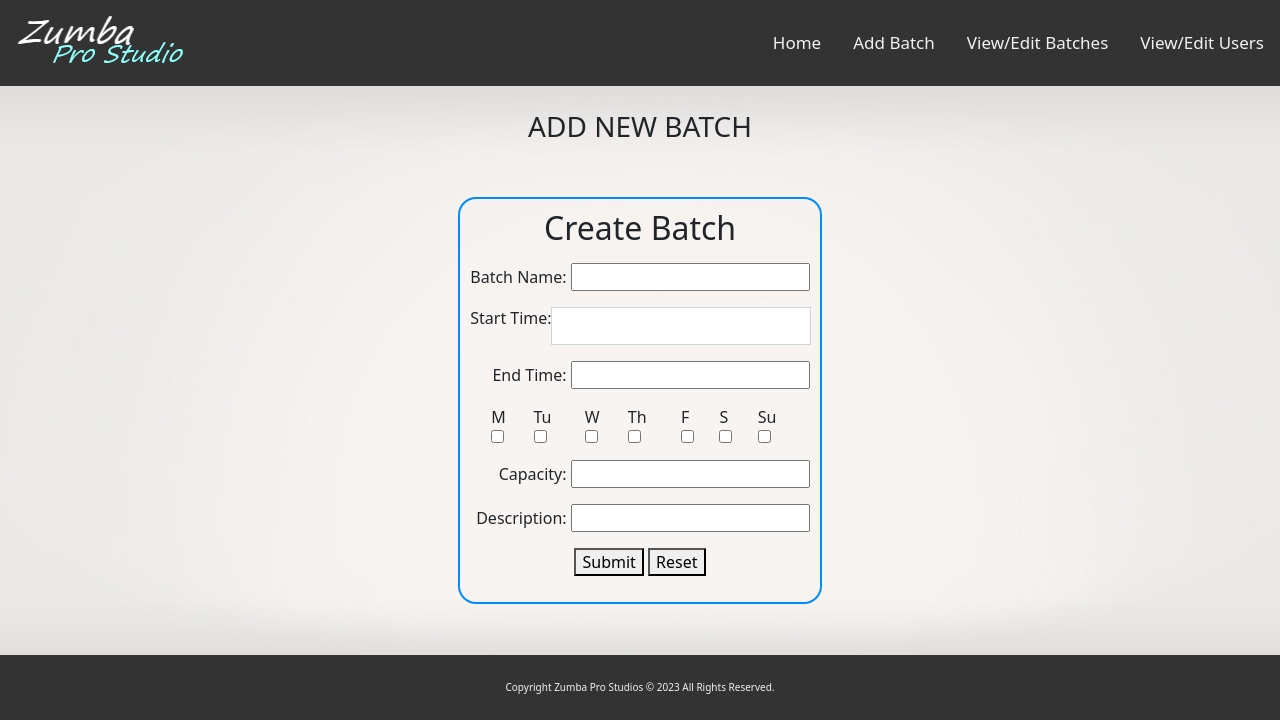
Repository: basemsamuel/Zumba
Page: http://localhost/ZumbaProStudio/addbatch.jsp
The author's editor kept a copy of each file at every save. The page is drawn from the files as they stood at one save, then again after the next save.
The browser window is 1280 px wide. The pictures show the whole page.
The page is served by Tomcat 10. Other server files are loaded and not shown.

Above is the page before, as saved 2023-07-30 23:34:35.

### ZumbaProStudio/src/main/webapp/addbatch.jsp
<jsp:include page="adminheader.jsp"></jsp:include>
<div class="mycontainer">
	<div align="center">
	<br>
	<h3>ADD NEW BATCH</h3>
	<br>
	<br>

	<div>
		<table class="formtable">
			<tr>
				<td style="padding: 10px;">
					<div class='center'>
						<form style="width: 100%;" action="Admin" method = "POST">
						    <h2>Create Batch</h2>
						    <input type="hidden" name="htmlFormName" value="AddBatch" />
						    <div>
						        <p>
							        <div class='right'>
							            <label for="name">Batch Name:</label>
							            <input type="text" id="name" name="name">
							        </div>
						        </p>
						    </div>

						    <div class='form-group'>
						        <p>
							        <div class='right input-group date'>
							            <label for="stime">Start Time:</label>
							            <input type='text' class="form-control" id="stime" name="stime"><span class="input-group-addon"><span class="glyphicon glyphicon-calendar"></span>
							        </div>
						        </p>
						    </div>


						    <div>
						        <p>
							        <div class='right'>
							            <label for="etime">End Time:</label>
							            <input class="datepicker" data-date-format="mm/dd/yyyy" id="etime" name="etime">
							        </div>
						        </p>
						    </div>

						    <div>
						        <p>
							        <div style="padding-left:20px;">
							        	<Table width="100%">
							        		<tr>
							        			<td>M</td>
							        			<td>Tu</td>
							        			<td>W</td>
							        			<td>Th</td>
							        			<td>F</td>
							        			<td>S</td>
							        			<td>Su</td>
							        		</tr>
							        		<tr>
							        			<td>
										            <input type="checkbox" id="M" name="M" value="M">
							        			</td>
							        			<td>
										            <input type="checkbox" id="Tu" name="Tt" value="Tu">
							        			</td>
							        			<td>
										            <input type="checkbox" id="W" name="W" value="W">
							        			</td>
							        			<td>
										            <input type="checkbox" id="Th" name="Th" value="Th">
							        			</td>
							        			<td>
										            <input type="checkbox" id="F" name="F" value="F">
							        			</td>
							        			<td>
										            <input type="checkbox" id="S" name="S" value="S">
							        			</td>
							        			<td>
										            <input type="checkbox" id="Su" name="Su" value="Su">
							        			</td>
							        		</tr>
							        	</Table>

							        </div>
						        </p>
						    </div>

						    <div>
						        <p>
							        <div class='right'>
							            <label for="capacity">Capacity:</label>
							            <input type="number" id="capacity" name="capacity">
							        </div>
						        </p>
						    </div>

						    <div>
						        <p>
							        <div class='right'>
							            <label for="description">Description:</label>
							            <input type="text" id="description" name="description">
							        </div>
						        </p>
						    </div>
						    <div>
 						        <p>
						            <button type="submit" value="Submit">Submit</button>
						            <button type="reset" value="Reset">Reset</button>
						        </p>
						    </div>
						</form>
					</div>
				</td>
			</tr>
		</table>
		<br>
		<div class="emsg">
			<p>
				${batcherrorMessage}
			</p>
		</div>
	</div>
</div>
<jsp:include page="footer.jsp"></jsp:include>

### ZumbaProStudio/src/main/webapp/adminheader.jsp
<html lang="en">

<head>
    <meta charset="UTF-8">
    <meta http-equiv="X-UA-Compatible" content="IE=edge">
    <meta name="viewport" content="width=device-width, initial-scale=1.0">
    <title>Document</title>
    <link href="https://cdn.jsdelivr.net/npm/bootstrap@5.1.3/dist/css/bootstrap.min.css" rel="stylesheet" integrity="sha384-1BmE4kWBq78iYhFldvKuhfTAU6auU8tT94WrHftjDbrCEXSU1oBoqyl2QvZ6jIW3" crossorigin="anonymous">
    <link rel="stylesheet" type="text/css" href="css/styles.css" />
</head>

<body>
	 <div class="topnav">
		<img src="images/logo.png" alt="Zumba Pro Studio">
		<!-- <a class="active" href="#home">Home</a> -->
		<a href="adminusers.jsp">View/Edit Users</a>
		<a href="admin.jsp">View/Edit Batches</a>
		<a href="addbatch.jsp">Add Batch</a>
		<a href="index.jsp">Home</a>
	</div>

### ZumbaProStudio/src/main/webapp/footer.jsp
<footer>
	Copyright Zumba Pro Studios © 2023 All Rights Reserved.
</footer>
</body>
</html>

### ZumbaProStudio/src/main/webapp/css/styles.css
		.topnav {
			 background-color: #333;
			 overflow: hidden;
				}

		/* Style the links inside the navigation bar */
		.topnav a {
			 float: right;
			 color: #f2f2f2;
			 text-align: center;
			 padding: 30px 16px;
			 text-decoration: none;
			 font-size: 17px;
		}

		.topnav img {
			 float: left;
			 color: #f2f2f2;
			 text-align: center;
			 padding: 14px 16px;
			 text-decoration: none;
			 font-size: 17px;
			 height: 80px;
		}

		/* Change the color of links on hover */
		.topnav a:hover {
			 background-color: #ddd;
			 color: black;
		}

		/* Add a color to the active/current link */
		.topnav a.active {
			 background-color: #04AA6D;
			 color: white;
		}

		footer {
		    background-color: #333;
		    color: #f2f2f2;
		    grid-area: footer;
		    width: 100%;
		    position: absolute;
  			bottom: 0;
  			padding: 25px;
  			text-align: center;
  			font-size: 10px;
		}

		.centerimage {
			height: 100%;
			width: auto;
			display: block;
			margin-left: auto;
			margin-right: auto;

		}

		.center {
			text-align: center;
		}
		.right {
			text-align: right;
		}

		.formtable {
			border-collapse: collapse;
			border-radius: 16px;
			box-shadow: 0 0 0 2px rgb(0, 140, 255);
		}

		.mycontainer {
			height: calc(100% - 150px);
			width: 100%;
			background-image: url('../images/bg.jpg');
			background-color: #333; /* Used if the image is unavailable */
			background-position: center; /* Center the image */
			background-repeat: no-repeat; /* Do not repeat the image */
			background-size: cover; /* Resize the background image to cover the entire container */
		}

		.emsg {
			font-size: 13px;
			color: #FF0000;
		}

After the next save:
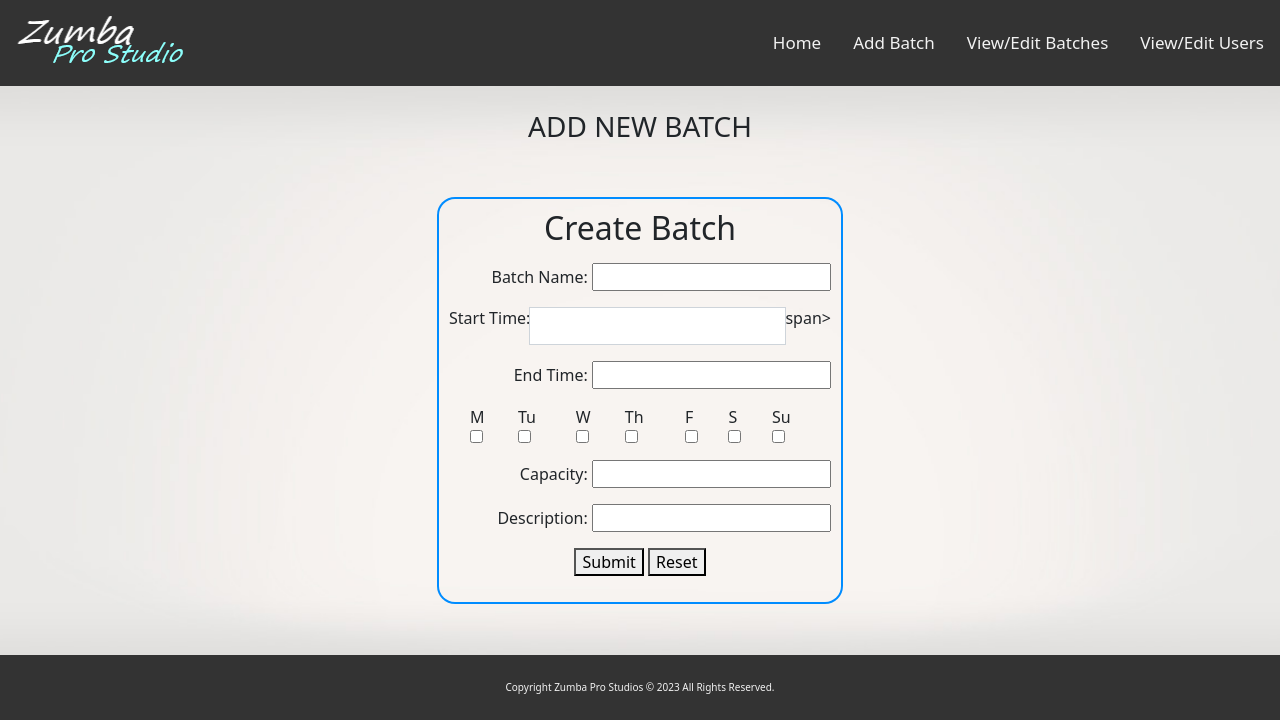
Saved 25 s later.
--- a/ZumbaProStudio/src/main/webapp/addbatch.jsp
+++ b/ZumbaProStudio/src/main/webapp/addbatch.jsp
@@ -27,7 +27,7 @@
 						        <p>
 							        <div class='right input-group date'>
 							            <label for="stime">Start Time:</label>
-							            <input type='text' class="form-control" id="stime" name="stime"><span class="input-group-addon"><span class="glyphicon glyphicon-calendar"></span>
+							            <input type='text' class="form-control" id="stime" name="stime"><span class="input-group-addon"><span class="glyphicon glyphicon-calendar"></span></span>span>
 							        </div>
 						        </p>
 						    </div>
